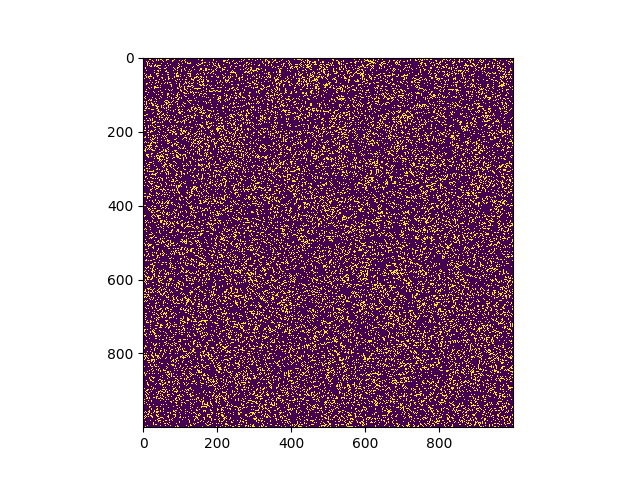
Repository: Gerisi-Kola/GameOfLife
Script's output: python GameOfLifeExample/calude_commentaire_geeksforgeeks.py
These files come from the project's save history. The script's output is drawn as it stood at one moment and after the next save; the edit follows.
Animations are shown at an early frame. Random numbers start from a fixed seed.

Above is the script's output before, as saved 2024-12-02 16:11:27.

### GameOfLifeExample/calude_commentaire_geeksforgeeks.py
"""Commentaire par Claude du code https://www.geeksforgeeks.org/conways-game-life-python-implementation/
"""

# Importation des bibliothèques nécessaires
import argparse  # Pour gérer les arguments en ligne de commande
import numpy as np  # Pour les calculs sur les tableaux
import matplotlib.pyplot as plt  # Pour l'affichage graphique
import matplotlib.animation as animation  # Pour l'animation

# Définition des constantes
ON = 255  # Cellule vivante (blanc)
OFF = 0   # Cellule morte (noir)
vals = [ON, OFF]

def randomGrid(N):
    """
    Crée une grille NxN avec des valeurs aléatoires
    20% de chance d'avoir une cellule vivante, 80% morte
    """
    return np.random.choice(vals, N*N, p=[0.2, 0.8]).reshape(N, N) #(vals, N*N, p=[0.2, 0.8]).reshape(N, N)

def addGlider(i, j, grid):
    """
    Ajoute un planeur (glider) à la position (i, j) dans la grille
    Le planeur est une structure qui se déplace en diagonale
    """
    glider = np.array([[0, 0, 255],
                    [255, 0, 255],
                    [0, 255, 255]])
    grid[i:i+3, j:j+3] = glider

def addGosperGliderGun(i, j, grid):
    """
    Ajoute un canon à planeurs de Gosper à la position (i, j)
    Cette structure produit périodiquement des planeurs
    """
    gun = np.zeros(11*38).reshape(11, 38)
    # Configuration du canon (1 = cellule vivante)
    # Les coordonnées sont définies pour créer la structure complexe du canon
    gun[5][1] = gun[5][2] = 255
    # ... (autres coordonnées)
    grid[i:i+11, j:j+38] = gun

def update(frameNum, img, grid, N):
    """
    Fonction de mise à jour de la grille pour l'animation
    Applique les règles du Jeu de la Vie de Conway
    """
    newGrid = grid.copy()
    for i in range(N):
        for j in range(N):
            # Calcul de la somme des 8 voisins
            # Utilisation des conditions aux limites toroïdales (la grille s'enroule sur elle-même)
            total = int((grid[i, (j-1)%N] + grid[i, (j+1)%N] +
                        grid[(i-1)%N, j] + grid[(i+1)%N, j] +
                        grid[(i-1)%N, (j-1)%N] + grid[(i-1)%N, (j+1)%N] +
                        grid[(i+1)%N, (j-1)%N] + grid[(i+1)%N, (j+1)%N])/255)

            # Application des règles de Conway :
            # 1. Une cellule vivante avec moins de 2 ou plus de 3 voisins meurt
            # 2. Une cellule morte avec exactement 3 voisins devient vivante
            if grid[i, j] == ON:
                if (total < 2) or (total > 3):
                    newGrid[i, j] = OFF
            else:
                if total == 3:
                    newGrid[i, j] = ON

    img.set_data(newGrid)
    grid[:] = newGrid[:]
    return img,

def main():
    """
    Fonction principale qui initialise et lance la simulation
    """
    # Configuration du parser d'arguments
    parser = argparse.ArgumentParser(description="Runs Conway's Game of Life simulation.")
    parser.add_argument('--grid-size', dest='N', required=False)
    parser.add_argument('--mov-file', dest='movfile', required=False)
    parser.add_argument('--interval', dest='interval', required=False)
    parser.add_argument('--glider', action='store_true', required=False)
    parser.add_argument('--gosper', action='store_true', required=False)
    args = parser.parse_args()

    # Configuration des paramètres
    N = 1000  # Taille par défaut de la grille
    if args.N and int(args.N) > 8:
        N = int(args.N)

    updateInterval = 50  # Intervalle de mise à jour par défaut
    if args.interval:
        updateInterval = int(args.interval)

    # Initialisation de la grille selon les arguments
    grid = np.array([])
    if args.glider:
        grid = np.zeros(N*N).reshape(N, N)
        addGlider(1, 1, grid)
    elif args.gosper:
        grid = np.zeros(N*N).reshape(N, N)
        addGosperGliderGun(10, 10, grid)
    else:
        grid = randomGrid(N)

    # Configuration et lancement de l'animation
    fig, ax = plt.subplots()
    img = ax.imshow(grid, interpolation='nearest')
    ani = animation.FuncAnimation(fig, update, fargs=(img, grid, N, ),
                                frames=10,
                                interval=updateInterval,
                                save_count=50)

    # Sauvegarde de l'animation si demandée
    if args.movfile:
        ani.save(args.movfile, fps=30, extra_args=['-vcodec', 'libx264'])

    plt.show()

# Point d'entrée du programme
if __name__ == '__main__':
    main()

After the next save:
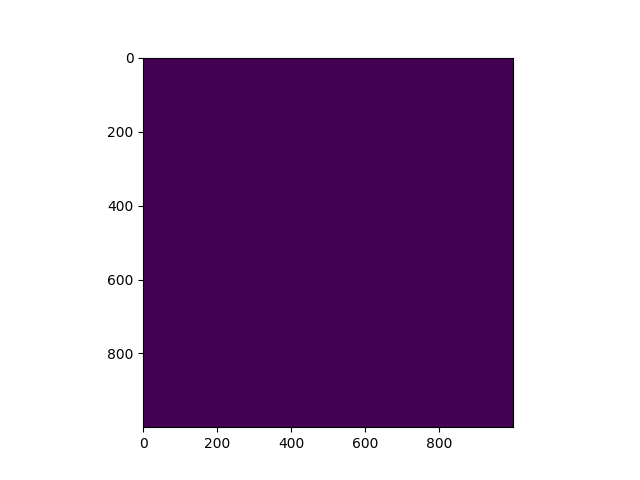
Saved 4 s later.
--- a/GameOfLifeExample/calude_commentaire_geeksforgeeks.py
+++ b/GameOfLifeExample/calude_commentaire_geeksforgeeks.py
@@ -17,7 +17,7 @@ def randomGrid(N):
     Crée une grille NxN avec des valeurs aléatoires
     20% de chance d'avoir une cellule vivante, 80% morte
     """
-    return np.random.choice(vals, N*N, p=[0.2, 0.8]).reshape(N, N) #(vals, N*N, p=[0.2, 0.8]).reshape(N, N)
+    return np.random.choice(vals, N*N, p=[0, 1]).reshape(N, N) #(vals, N*N, p=[0.2, 0.8]).reshape(N, N)
 
 def addGlider(i, j, grid):
     """
